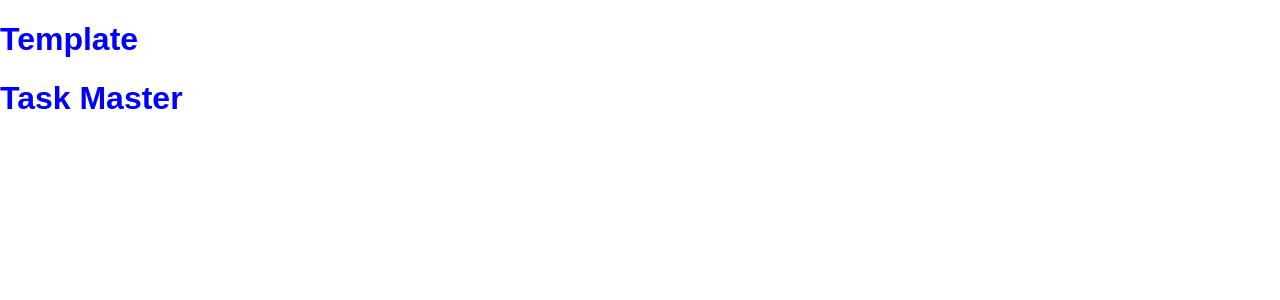
Repository: zamaniali1995/Flask-Intro
Page: http://localhost/
These files come from the project's save history. The page is drawn as it stood at one moment and after the next save; the edit follows.
The browser window is 1280 px wide. The pictures show the whole page.
The page is served by the project's application, run on Flask 3 (app.py).

Above is the page before, as saved 2021-05-12 12:37:54.

### templates/index.html
{% extends 'base.html' %} {% block head %}
<h1>Template</h1>
{% endblock %} {% block body %}
<div class="content">
    <h1>Task Master</h1>
</div>
{% endblock %}

### templates/base.html
<!DOCTYPE html>
<html lang="en">

<head>
    <meta charset="UTF-8">
    <meta name="viewport" content="width=device-width, initial-scale=1.0">
    <link rel="stylesheet" href="{{ url_for('static', filename='css/main.css') }}"> {% block head %}{% endblock %}
</head>

<body>
    {% block body %}{% endblock %}
</body>

</html>

### app.py
from flask import Flask, render_template, url_for
from flask_sqlalchemy import SQLAlchemy
from datetime import datetime

app = Flask(__name__)
app.config['SQLALCHEMY_DATABASE_URI'] = 'sqlite:///test.db'
db = SQLAlchemy(app)


class Todo(db.Model):
    id = db.Column(db.Integer, primary_key=True)
    content = db.Column(db.String(200), nullable=False)
    date_created = db.Column(db.DateTime, default=datetime.utcnow)

    def __repr__(self):
        return '<Task %r>' % self.id
@app.route('/')
def index():
    return render_template("index.html")

if __name__ == "__main__":
    app.run(debug=True)

### static/css/main.css
body {
    margin: 0;
    font-family: sans-serif;
    color: blue;
}

After the next save:
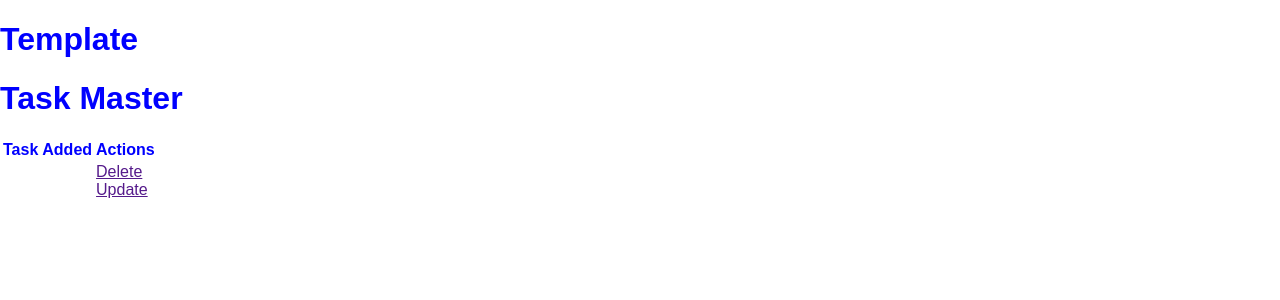
Saved 2 min 1 s later.
--- a/templates/index.html
+++ b/templates/index.html
@@ -3,5 +3,22 @@
 {% endblock %} {% block body %}
 <div class="content">
     <h1>Task Master</h1>
+
+    <table>
+        <tr>
+            <th>Task</th>
+            <th>Added</th>
+            <th>Actions</th>
+        </tr>
+        <tr>
+            <td></td>
+            <td></td>
+            <td>
+                <a href="">Delete</a>
+                <br>
+                <a href="">Update</a>
+            </td>
+        </tr>
+    </table>
 </div>
 {% endblock %}
